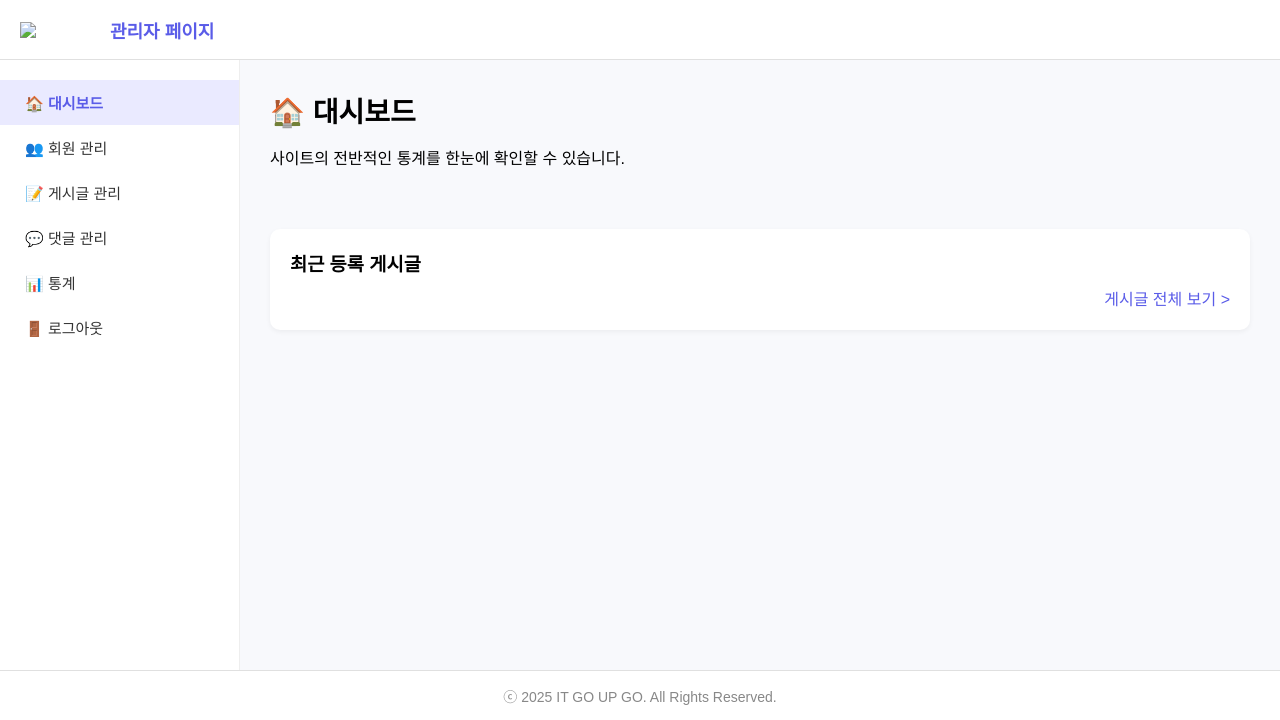
Repository: virtue5321/itgoupgo
Page: http://localhost/ITGOUPGO/WEB-INF/views/admin/admin.jsp
The author's editor kept a copy of each file at every save. The page is drawn from the files as they stood at one save, then again after the next save.
The browser window is 1280 px wide. The pictures show the whole page.
The page is served by Tomcat 10. Nobody is signed in. Other server files are loaded and not shown. The template is opened directly, without the code that normally fills it, so the values that code supplies are empty.

Above is the page before, as saved 2025-10-28 06:48:40.
Not found: ITGOUPGO/ITGOUPGO/resources/images/logo.jpg

### ITGOUPGO/src/main/webapp/WEB-INF/views/admin/admin.jsp
<%@ page language="java" contentType="text/html; charset=UTF-8" pageEncoding="UTF-8"%>
<%@ taglib prefix="c" uri="http://java.sun.com/jsp/jstl/core" %>  <!DOCTYPE html>
<html lang="ko">
<head>
  <meta charset="UTF-8">
  <meta name="viewport" content="width=device-width, initial-scale=1.0">
  <title>대시보드</title>

  <link rel="stylesheet" href="<c:url value="/resources/css/adminStyle.css" />">
</head>
<body>
  <header>
    <div class="logo">
      <img src="<c:url value="/resources/images/logo.jpg" />" width="80">
      관리자 페이지
    </div>
  </header>

  <div class="layout">
    <aside class="sidebar">
      <ul>
        <li><a href="<c:url value="/admin/dashboard" />" class="active">🏠 대시보드</a></li>
        <li><a href="<c:url value="/admin/member" />" >👥 회원 관리</a></li>
        <li><a href="<c:url value="/admin/post" />">📝 게시글 관리</a></li>
        <li><a href="<c:url value="/admin/reply" />">💬 댓글 관리</a></li>
        <li><a href="<c:url value="/admin/stats" />">📊 통계</a></li>
        <li><a href="<c:url value="/admin/logout" />">🚪 로그아웃</a></li>
      </ul>
    </aside>


    <main>
      <h1>🏠 대시보드</h1>
      <p>사이트의 전반적인 통계를 한눈에 확인할 수 있습니다.</p>

      <div style="display:flex; gap:20px; margin-top:20px;">
        </div>

      <div style="display:flex; gap:20px; margin-top:20px;">
        </div>

      <div style="margin-top:20px; background:#fff; padding:20px; border-radius:10px; box-shadow:0 2px 5px rgba(0,0,0,0.05);">
        <h3>최근 등록 게시글</h3>
        <div style="text-align:right; margin-top:10px;">
          <a href="<c:url value="/admin/post" />" style="color:#5a5ce8; text-decoration:none;">게시글 전체 보기 &gt;</a>
        </div>
      </div>
    </main>
  </div>

  <footer>ⓒ 2025 IT GO UP GO. All Rights Reserved.</footer>
</body>
</html>

### ITGOUPGO/src/main/webapp/resources/css/adminStyle.css
* {
  margin: 0;
  padding: 0;
  box-sizing: border-box;
  font-family: "Noto Sans KR", sans-serif;
}

body {
  display: flex;
  flex-direction: column;
  height: 100vh;
  background-color: #f8f9fc;
}

/* 헤더 */
header {
  display: flex;
  align-items: center;
  justify-content: start;
  height: 60px;
  background-color: #ffffff;
  border-bottom: 1px solid #e0e0e0;
  padding: 0 20px;
}

header .logo {
  display: flex;
  align-items: center;
  gap: 10px;
  font-weight: 700;
  font-size: 18px;
  color: #5a5ce8;
}

/* 전체 레이아웃 */
.layout {
  flex: 1;
  display: flex;
  overflow: hidden;
}

/* 사이드바 */
aside.sidebar {
  width: 240px;
  background: #fff;
  border-right: 1px solid #eee;
  display: flex;
  flex-direction: column;
  align-items: center;
  padding-top: 20px;
}

.sidebar ul {
  list-style: none;
  width: 100%;
  padding: 0; /* 추가/수정: 기본 리스트 패딩 제거 */
  margin: 0; /* 추가/수정: 기본 리스트 마진 제거 */
}

/* <li>는 <a>를 감싸는 역할만 하도록 단순화 */
.sidebar li {
  width: 100%;
  text-align: left;
  /* 기존 스타일 제거: padding, font-size, color, display 등 */
}

/* <a> 태그에 스타일을 적용하여 클릭 영역을 확장 (핵심) */
.sidebar a {
  display: flex; /* <a>를 flex로 만들어 아이콘-텍스트 정렬 */
  align-items: center;
  gap: 10px;
  width: 100%;
  padding: 12px 25px; /* <li>에 있던 패딩을 <a>로 이동 */
  font-size: 15px; /* <li>에 있던 폰트 사이즈를 <a>로 이동 */
  color: #333; /* <li>에 있던 색상을 <a>로 이동 */
  text-decoration: none; /* 링크 기본 밑줄 제거 */
  cursor: pointer;
  transition: background 0.2s, color 0.2s;
}

/* 마우스 오버 시 효과 (<a>에 적용) */
.sidebar a:hover {
  background-color: #f3f4f6;
  color: #5a5ce8;
}

/* 활성화된 항목 스타일 (<a>에 적용) */
.sidebar a.active {
  background-color: #eaeaff;
  color: #5a5ce8;
  font-weight: 600;
}

/* 메인 */
main {
  flex: 1;
  padding: 30px;
  overflow-y: auto;
}

main h1 {
  font-size: 28px;
  font-weight: 700;
  margin-bottom: 15px;
}

/* 푸터 */
footer {
  height: 50px;
  background-color: #ffffff;
  border-top: 1px solid #e0e0e0;
  display: flex;
  align-items: center;
  justify-content: center;
  color: #888;
  font-size: 14px;
}

After the next save:
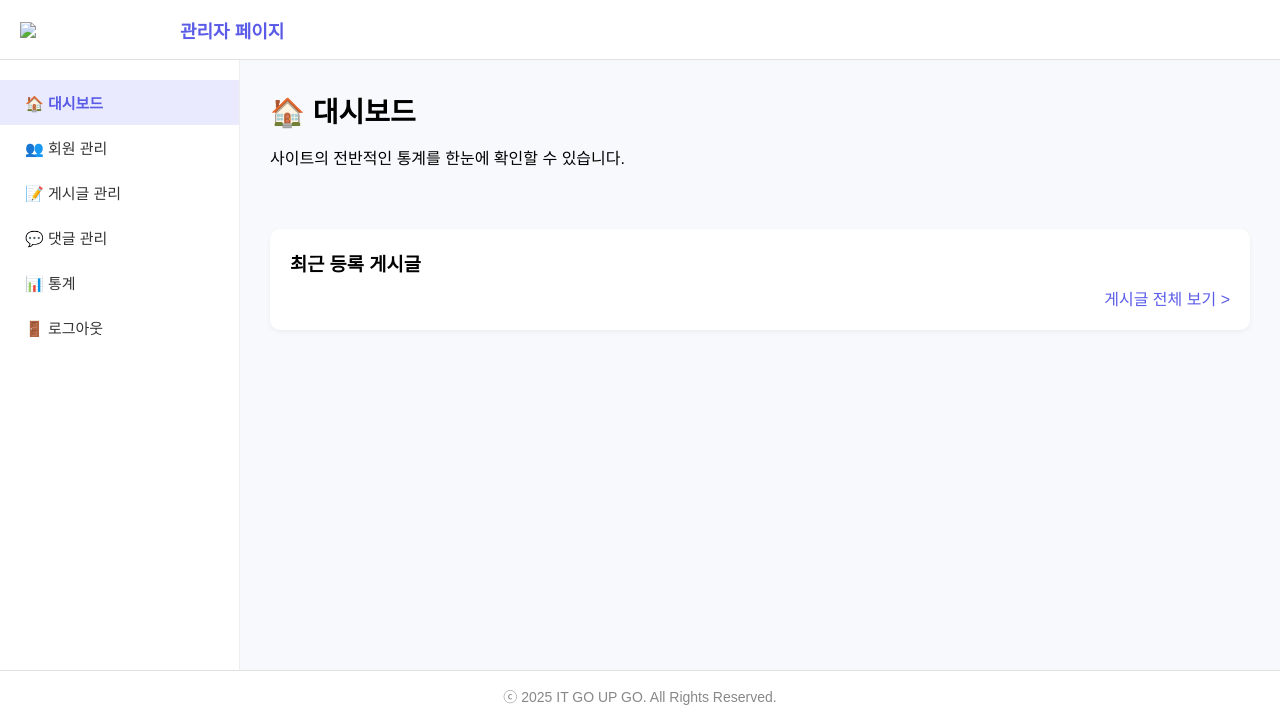
Saved 111 s later.
--- a/ITGOUPGO/src/main/webapp/resources/css/adminStyle.css
+++ b/ITGOUPGO/src/main/webapp/resources/css/adminStyle.css
@@ -12,7 +12,7 @@ body {
   background-color: #f8f9fc;
 }
 
-/* 헤더 */
+/* -------------------- 1. 헤더 (로고 크기 조정 포함) -------------------- */
 header {
   display: flex;
   align-items: center;
@@ -32,7 +32,14 @@ header .logo {
   color: #5a5ce8;
 }
 
-/* 전체 레이아웃 */
+/* ⭐ 로고 이미지 크기 조정 핵심 수정 부분 ⭐ */
+header .logo img {
+  width: 150px; /* 로고 이미지의 너비를 80px -> 150px로 확대 */
+  height: auto; /* 이미지 비율 유지 */
+  vertical-align: middle;
+}
+
+/* -------------------- 2. 레이아웃 및 사이드바 -------------------- */
 .layout {
   flex: 1;
   display: flex;
@@ -53,45 +60,42 @@ aside.sidebar {
 .sidebar ul {
   list-style: none;
   width: 100%;
-  padding: 0; /* 추가/수정: 기본 리스트 패딩 제거 */
-  margin: 0; /* 추가/수정: 기본 리스트 마진 제거 */
-}
-
-/* <li>는 <a>를 감싸는 역할만 하도록 단순화 */
+  padding: 0;
+  margin: 0;
+}
+
 .sidebar li {
   width: 100%;
   text-align: left;
-  /* 기존 스타일 제거: padding, font-size, color, display 등 */
-}
-
-/* <a> 태그에 스타일을 적용하여 클릭 영역을 확장 (핵심) */
+}
+
 .sidebar a {
-  display: flex; /* <a>를 flex로 만들어 아이콘-텍스트 정렬 */
+  display: flex;
   align-items: center;
   gap: 10px;
   width: 100%;
-  padding: 12px 25px; /* <li>에 있던 패딩을 <a>로 이동 */
-  font-size: 15px; /* <li>에 있던 폰트 사이즈를 <a>로 이동 */
-  color: #333; /* <li>에 있던 색상을 <a>로 이동 */
-  text-decoration: none; /* 링크 기본 밑줄 제거 */
+  padding: 12px 25px;
+  font-size: 15px;
+  color: #333;
+  text-decoration: none;
   cursor: pointer;
   transition: background 0.2s, color 0.2s;
 }
 
-/* 마우스 오버 시 효과 (<a>에 적용) */
+/* 마우스 오버 시 효과 */
 .sidebar a:hover {
   background-color: #f3f4f6;
   color: #5a5ce8;
 }
 
-/* 활성화된 항목 스타일 (<a>에 적용) */
+/* 활성화된 항목 스타일 */
 .sidebar a.active {
   background-color: #eaeaff;
   color: #5a5ce8;
   font-weight: 600;
 }
 
-/* 메인 */
+/* -------------------- 3. 메인 콘텐츠 및 푸터 -------------------- */
 main {
   flex: 1;
   padding: 30px;
@@ -115,3 +119,94 @@ footer {
   color: #888;
   font-size: 14px;
 }
+
+
+/* -------------------- 4. 테이블 및 버튼 스타일 추가 (관리 페이지용) -------------------- */
+
+/* 기본 테이블 스타일 */
+table {
+    width: 100%;
+    border-collapse: collapse; /* 셀 경계선 병합 */
+    background: white;
+    box-shadow: 0 1px 3px rgba(0,0,0,0.1); /* 약간의 그림자 추가 */
+}
+
+/* 테이블 헤더 */
+table th {
+    background-color: #f4f6f9;
+    color: #555;
+    font-weight: 600;
+    padding: 12px 10px;
+    border: 1px solid #e0e0e0;
+    text-align: center;
+    font-size: 14px;
+}
+
+/* 테이블 바디 셀 */
+table td {
+    padding: 10px;
+    border: 1px solid #e0e0e0;
+    text-align: center;
+    font-size: 14px;
+    color: #444;
+}
+
+/* 홀수/짝수 행 배경색 구분 */
+table tbody tr:nth-child(even) {
+    background-color: #fcfdff;
+}
+table tbody tr:hover {
+    background-color: #f0f7ff;
+}
+
+/* 테이블 내 링크 스타일 */
+table td a {
+    color: #5a5ce8;
+    text-decoration: none;
+}
+table td a:hover {
+    text-decoration: underline;
+}
+
+/* 버튼 기본 스타일 (일괄 삭제, 관리 버튼 등) */
+.btn {
+    padding: 6px 12px;
+    border-radius: 4px;
+    cursor: pointer;
+    font-size: 13px;
+    font-weight: 500;
+    border: none;
+    transition: background-color 0.2s;
+}
+
+.btn-danger { /* 삭제 버튼 */
+    background-color: #dc3545;
+    color: white;
+}
+.btn-danger:hover {
+    background-color: #c82333;
+}
+
+/* 페이지네이션 스타일 */
+.pagination-container {
+    margin-top: 20px;
+    text-align: center;
+}
+.pagination-container a {
+    display: inline-block;
+    text-decoration: none;
+    padding: 8px 12px;
+    border: 1px solid #ccc;
+    border-radius: 4px;
+    margin: 0 3px;
+    color: #5a5ce8;
+}
+.pagination-container a.active {
+    background: #5a5ce8;
+    color: white;
+    border-color: #5a5ce8;
+    font-weight: 600;
+}
+.pagination-container a:hover:not(.active) {
+    background-color: #f3f4f6;
+}
